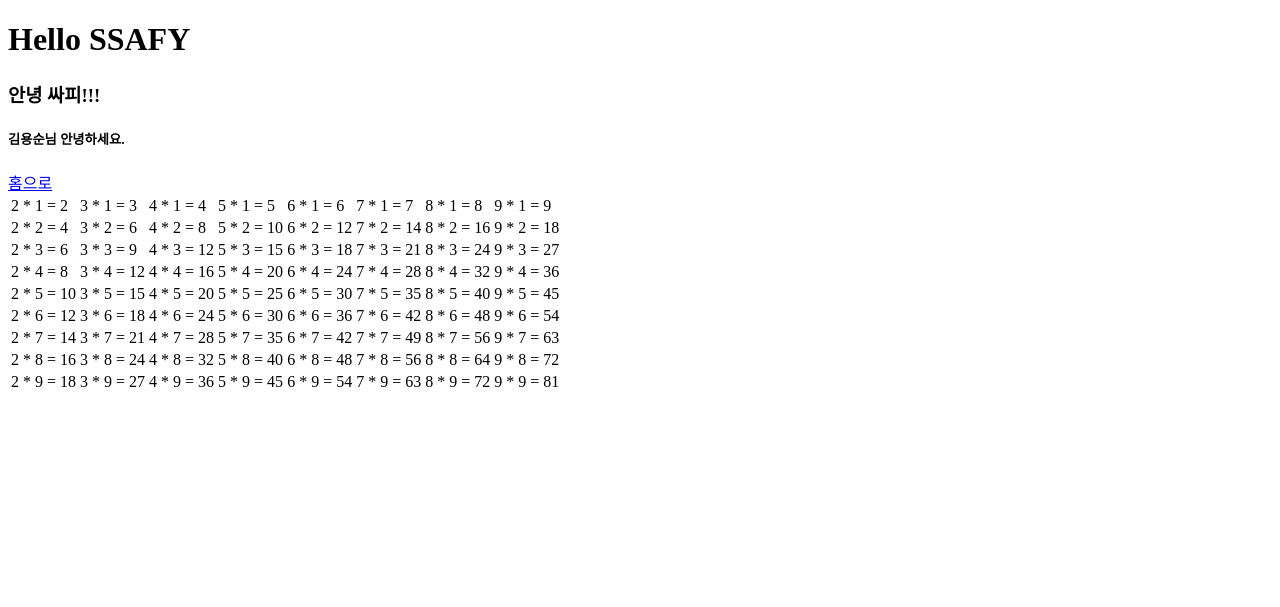
Repository: s00ngle/SSAFY-BE
Page: http://localhost/basic_jsp/hello.jsp
An editor plug-in stored every save of this project. The page is shown before and after the next save, followed by the edit.
The browser window is 1280 px wide. The pictures show the whole page.
The page is served by Tomcat 10.

Above is the page before, as saved 2024-09-24 02:46:16.

After the next save:
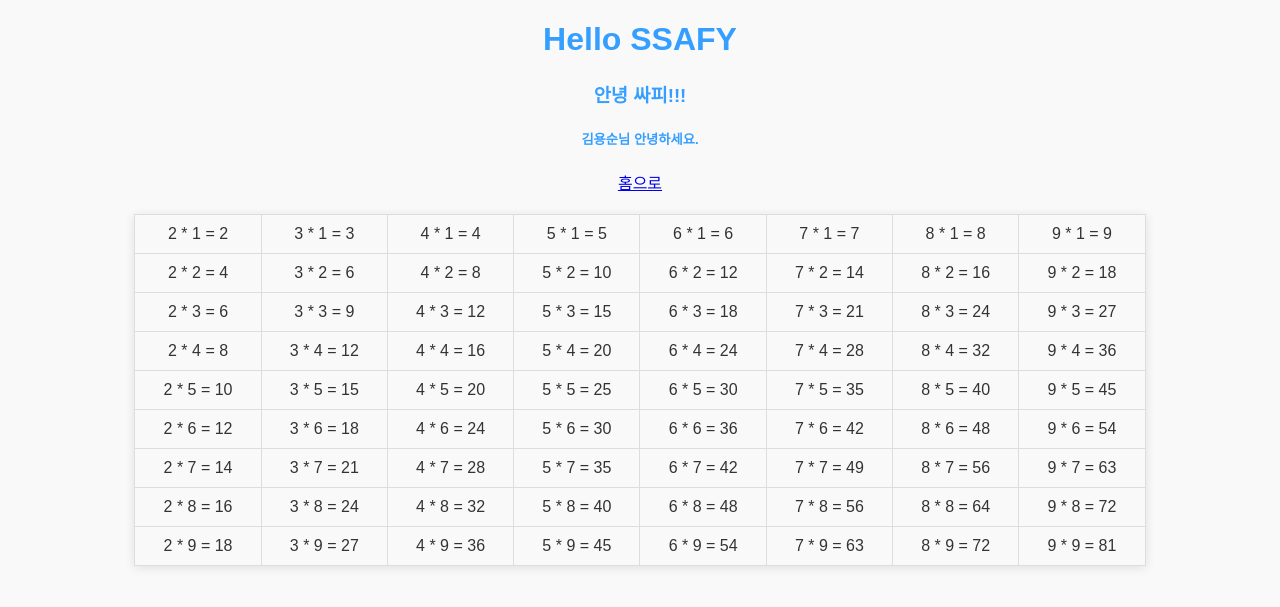
Saved 37 s later.
--- a/basic_jsp/src/main/webapp/hello.jsp
+++ b/basic_jsp/src/main/webapp/hello.jsp
@@ -1,37 +1,62 @@
 <%@ page language="java" contentType="text/html; charset=UTF-8"
-    pageEncoding="UTF-8" errorPage="error.jsp" %>
+    pageEncoding="UTF-8"%>
+
+<%
+	String name = "김용순";
+%>
 
 <!DOCTYPE html>
 <html>
 <head>
-    <meta charset="UTF-8">
-    <title>구구단</title>
-    <!-- 스타일 생략 -->
+<meta charset="UTF-8">
+<title>구구단</title>
+<style>
+    body {
+        font-family: Arial, sans-serif;
+        background-color: #f9f9f9;
+        color: #333;
+        text-align: center;
+    }
+    table {
+        margin: 20px auto;
+        border-collapse: collapse;
+        width: 80%;
+        box-shadow: 0 2px 10px rgba(0, 0, 0, 0.1);
+    }
+    th, td {
+        border: 1px solid #ddd;
+        padding: 10px;
+        text-align: center;
+        transition: background-color 0.3s;
+    }
+    th {
+        background-color: #349fff;
+        color: white;
+    }
+    td:hover {
+        background-color: #f1f1f1;
+    }
+    h1, h3, h5 {
+        color: #349fff;
+    }
+</style>
 </head>
 <body>
-    <h1>Hello SSAFY</h1>
-    <h3>안녕 싸피!!!</h3>
+	<h1>Hello SSAFY</h1>
+	<h3>안녕 싸피!!!</h3>
+	<h5><%= name %>님 안녕하세요.</h5>
+	<a href="/basic_jsp/index.jsp">홈으로</a></br>
 
-    <h5>
-        <%
-            String name = "김용순";
-            out.println(name + "님 안녕하세요.");
-        %>
-    </h5>
-
-    <a href="/basic_jsp/index.jsp">홈으로</a></br>
-
-    <table>
-        <%
-            // 예외 발생 가능 코드
-            for (int j = 1; j < 10; j++) {
-                out.println("<tr>");
-                for (int i = 2; i < 10; i++) {
-                    out.println("<td>" + i + " * " + j + " = " + (i * j) + "</td>");
-                }
-                out.println("</tr>");
-            }
-        %>
-    </table>
+	<table>
+		<%
+			for (int j = 1; j < 10; j++) { // 행: 1부터 9까지
+				out.println("<tr>");
+				for (int i = 2; i < 10; i++) { // 열: 2부터 9까지
+					out.println("<td>" + i + " * " + j + " = " + (i * j) + "</td>");
+				}
+				out.println("</tr>");
+			}
+		%>
+	</table>
 </body>
 </html>
